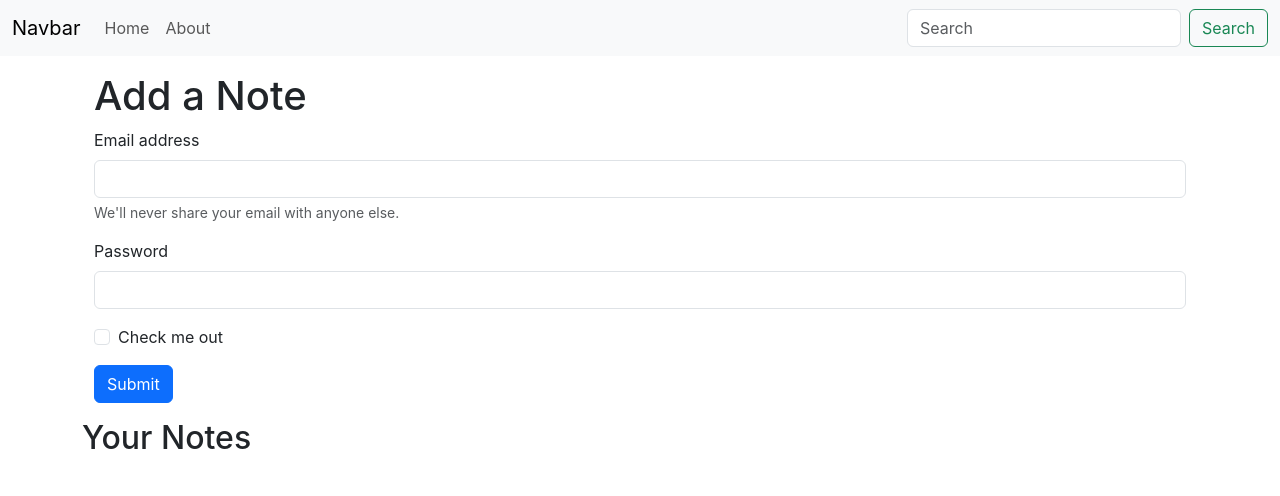
Repository: bhaveshdaipuria/inotebook
Page: /home
The author's editor kept a copy of each file at every save. The page is drawn from the files as they stood at one save, then again after the next save.
The browser window is 1280 px wide. The pictures show the whole page.
The project was rebuilt for these pictures with package versions that can differ from the ones it lists, and the page was loaded fresh each time. Also part of the build but not shown: src/App.css, src/components/About.js.

Above is the page before, as saved 2023-05-03 12:20:26.

After the next save:
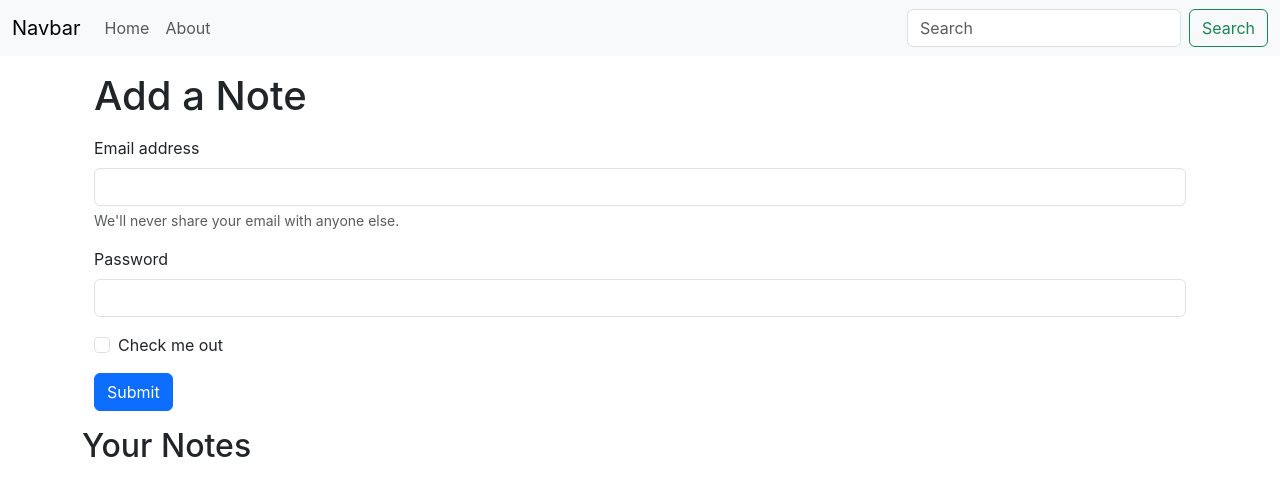
Saved 29 s later.
--- a/src/components/Home.js
+++ b/src/components/Home.js
@@ -5,7 +5,7 @@ function Home() {
     <div>
     <div className='container my-3'>
     <h1>Add a Note</h1>
-    <form>
+    <form className='my-3'>
   <div className="mb-3">
     <label for="exampleInputEmail1" className="form-label">Email address</label>
     <input type="email" className="form-control" id="exampleInputEmail1" aria-describedby="emailHelp"/>
